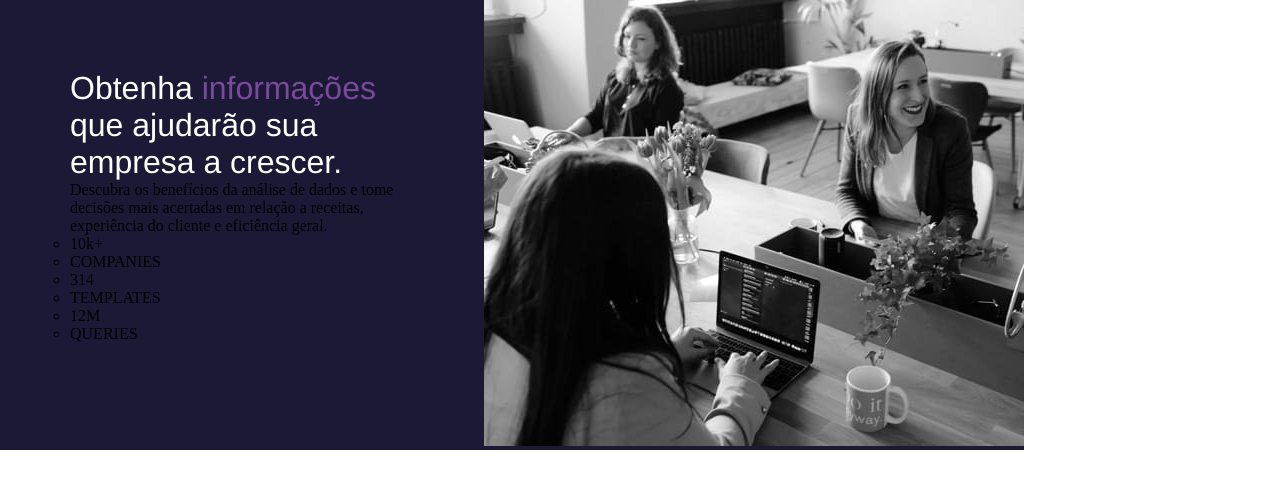
Repository: caique2512/componentes-de-estatisticas
Page: index.html
The author's editor kept a copy of each file at every save. The page is drawn from the files as they stood at one save, then again after a run of saves.
The browser window is 1280 px wide. The pictures show the whole page.

Above is the page before, as saved 2026-03-03 17:16:32.

After the next 3 saves:
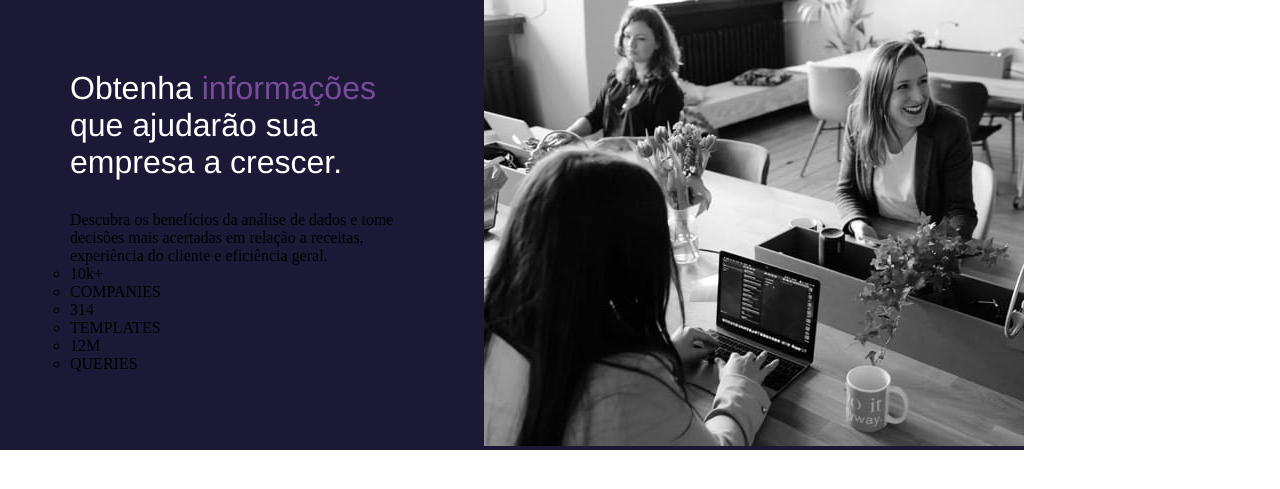
The 3 saves are shown as one change because they came seconds apart.
The last was saved 8 s later.
--- a/src/estilos.css
+++ b/src/estilos.css
@@ -13,7 +13,7 @@
     color: white;
     font-weight: 100;
     font-family: 'Franklin Gothic Medium', 'Arial Narrow', Arial, sans-serif;
-    ma
+    margin-bottom: 30px;
 }
 
 .conteudo-principal .titulo span {
